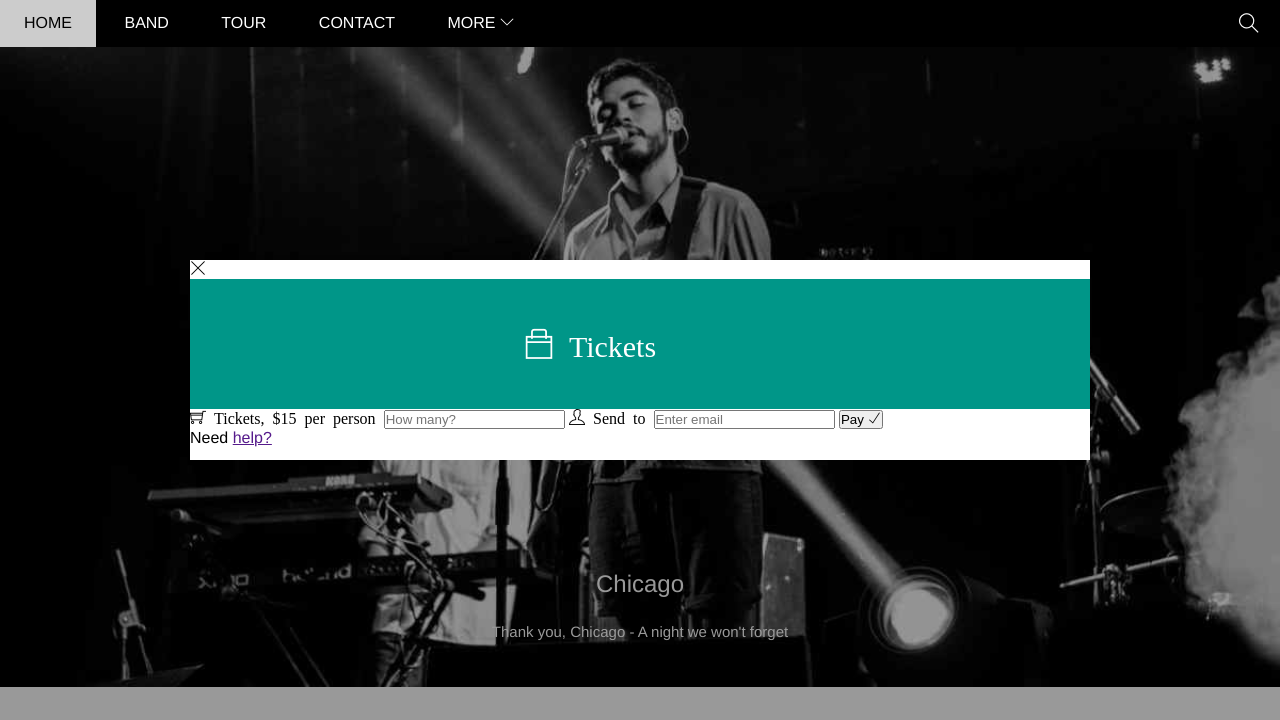
Repository: qhoa25623/The-Band
Page: index.html
The author's editor kept a copy of each file at every save. The page is drawn from the files as they stood at one save, then again after the next save.
The browser window is 1280 px wide. The pictures show the window.
A layer covers the whole window, so only the first screen is drawn.

Above is the page before, as saved 2022-04-27 22:37:15.

After the next save:
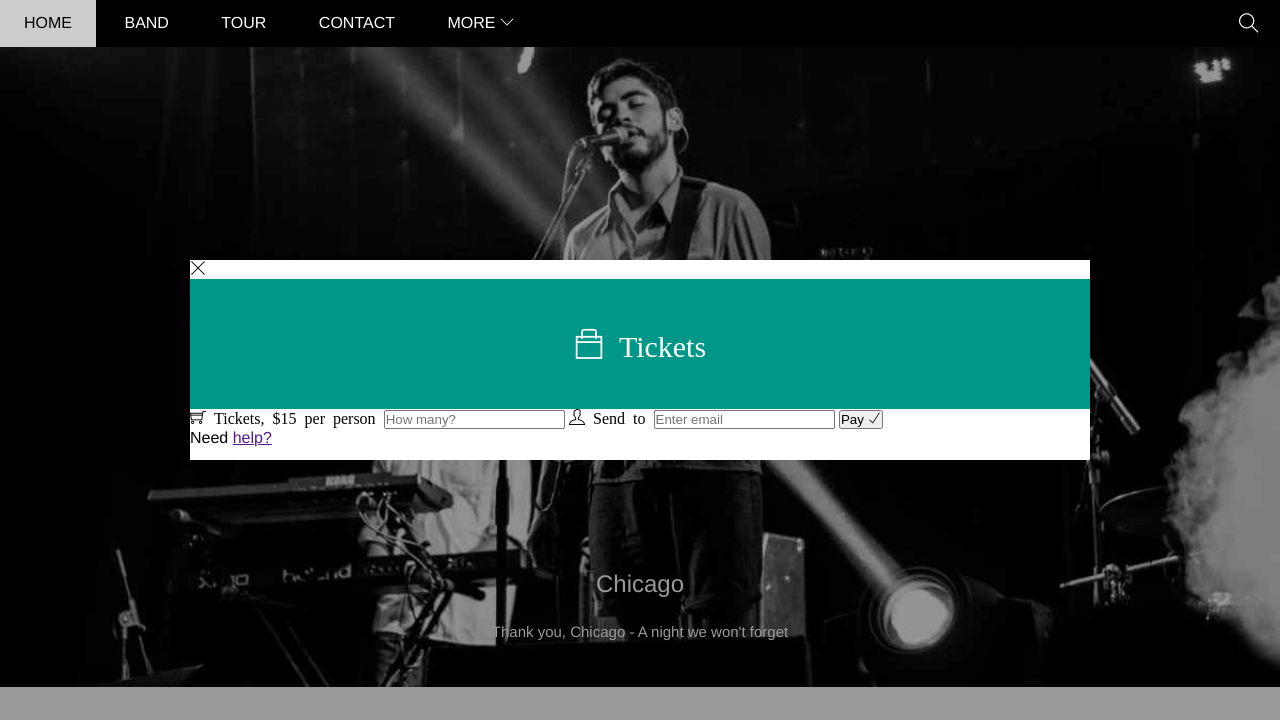
Saved 81 s later.
--- a/assets/css/styles.css
+++ b/assets/css/styles.css
@@ -255,6 +255,3 @@ html {
   font-size:30px;
   color:#fff;
 }
-.modal-heading-icon{
-  margin-right:100px;
-}
